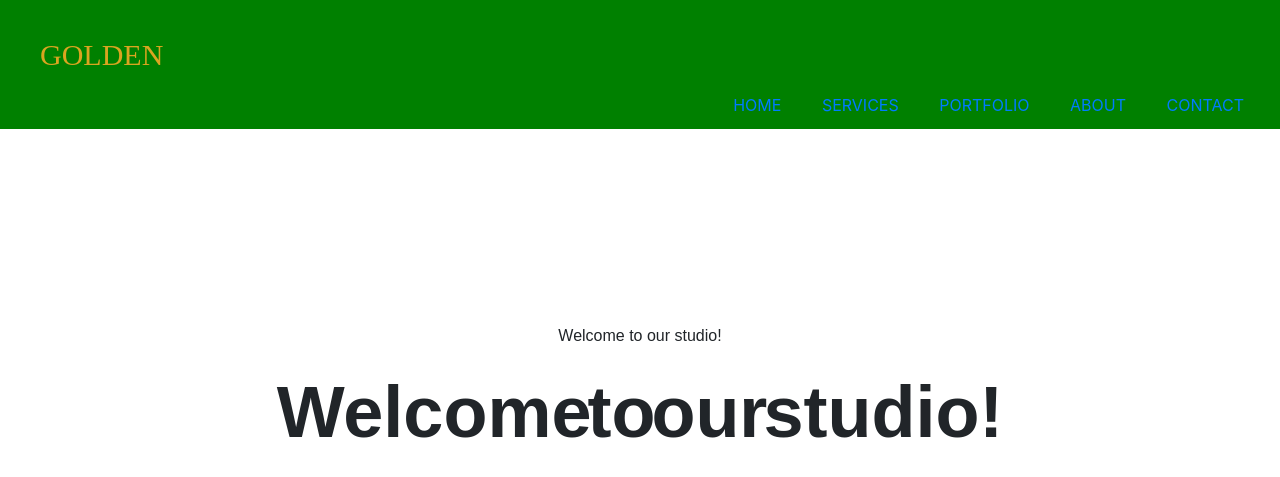
Repository: arek-adamik/golden-webpage
Page: index.html
These files come from the project's save history. The page is drawn as it stood at one moment and after the next save; the edit follows.
The browser window is 1280 px wide. The pictures show the whole page.
Some web fonts or font styles are not loaded; a fallback is used. Some web libraries are served in a nearby version. The style sheet was rebuilt from its Sass, Less or Tailwind sources for each picture, by a compiler version that may differ from the author's.

Above is the page before, as saved 2021-05-04 13:45:35.

### index.html
<!DOCTYPE html>
<html lang="en">
  <head>
    <meta name="viewport" content="width=device-width, initial-scale=1.0">
    <meta charset="utf-8">
    <title>Golden - Official Site</title>
    <link rel="preconnect" href="https://fonts.gstatic.com">
    <link href="https://fonts.googleapis.com/css2?family=Krona+One&family=Molle:ital@1&family=Tinos&display=swap" rel="stylesheet">
    <link rel="stylesheet" href="https://use.fontawesome.com/releases/v5.5.0/css/all.css">
    <link rel="stylesheet" href="vendor/bootstrap-grid.css">
    <link rel="stylesheet" href="css/style.css">
    <link rel="stylesheet" href="https://stackpath.bootstrapcdn.com/bootstrap/4.5.1/css/bootstrap.min.css" integrity="sha384-VCmXjywReHh4PwowAiWNagnWcLhlEJLA5buUprzK8rxFgeH0kww/aWY76TfkUoSX" crossorigin="anonymous">
  </head>
  <body>
      <nav class="navigation">
        <p class="logo">GOLDEN</p>
        <ul>
              <li><a href="#">HOME</a></li>
              <li><a href="#">SERVICES</a></li>
              <li><a href="#">PORTFOLIO</a></li>
              <li><a href="#">ABOUT</a></li>
              <li><a href="#">CONTACT</a></li>
        </ul>

      </nav>
      <header class="splash">
        <div class="splash-inner">
            <h2 class="page-subtitle">Welcome to our studio!</h2>
            <h1 class="page-title">Welcome to our studio!</h1>
        </div>
      </header>
  </body>
  </html>

### sass/style.scss
/* Variabbles */
$font-header: 'Krona One', sans-serif;
$font-logo: 'Molle', cursive;
$font-text: 'Tinos', serif;
/* Global */
body {
    margin: 0;
    font-size: 16px;
    line-height: 1.7;
    font-family: $font-text;
}
.container {
    max-width: 1140px;
    padding: 0 20px 0 20px;
    display: flex;
	justify-content: center;
	align-items: center;
	margin: auto;
}
/* Navigation */
.navigation {
    background-color: green;
    padding: 12px 0 12px 0;
        ul {
            padding: 0;
            margin: 0;
            list-style-type: none;
            text-align: right;
        }

        }
        .logo {
            text-align: left;
            padding-top: 20px;
            margin-left: 40px;
            font-family: $font-logo;
            color: goldenrod;
            font-size: 30px;
        }
        li {
            display: inline-block;
            margin-right: 36px;
            position: relative;
        }
        a {
            text-decoration: none;
            color: white;
        }
        a:hover {
            color: white;
            text-decoration: none;
        }
        .menu {
            display: none;
        }
/* Splash */
.splash {
    min-height: 500px;
    display: flex;
        .page-title {
            margin: 0;
            font-size: 72px;
            word-spacing: -24px;
            font-weight: 700;
            line-height: 1.2;
            font-family: $font-header;
            text-align: center;
        }
        .page-subtitle {
            margin: 24px 0;
            font-weight: 400;
            font-size: 16px;
            font-family: $font-header;
            text-align: center;
        }
}
.splash-inner {
    margin: auto;
    max-width: 70%;
}

Loaded but not shown: vendor/bootstrap-grid.css (library)

After the next save:
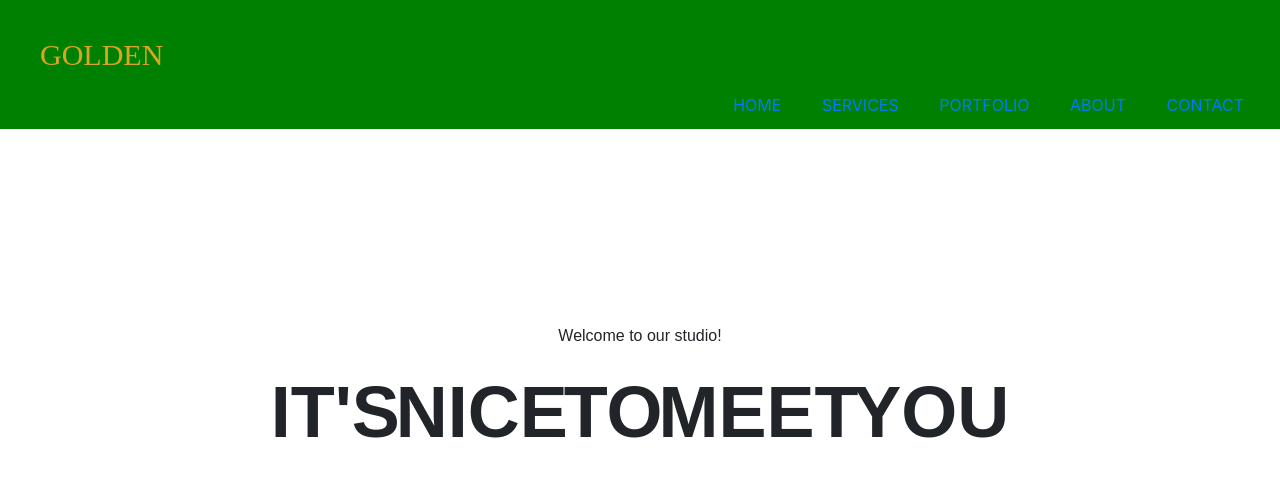
Saved 71 s later.
--- a/index.html
+++ b/index.html
@@ -26,7 +26,7 @@
       <header class="splash">
         <div class="splash-inner">
             <h2 class="page-subtitle">Welcome to our studio!</h2>
-            <h1 class="page-title">Welcome to our studio!</h1>
+            <h1 class="page-title">IT'S NICE TO MEET YOU</h1>
         </div>
       </header>
   </body>
